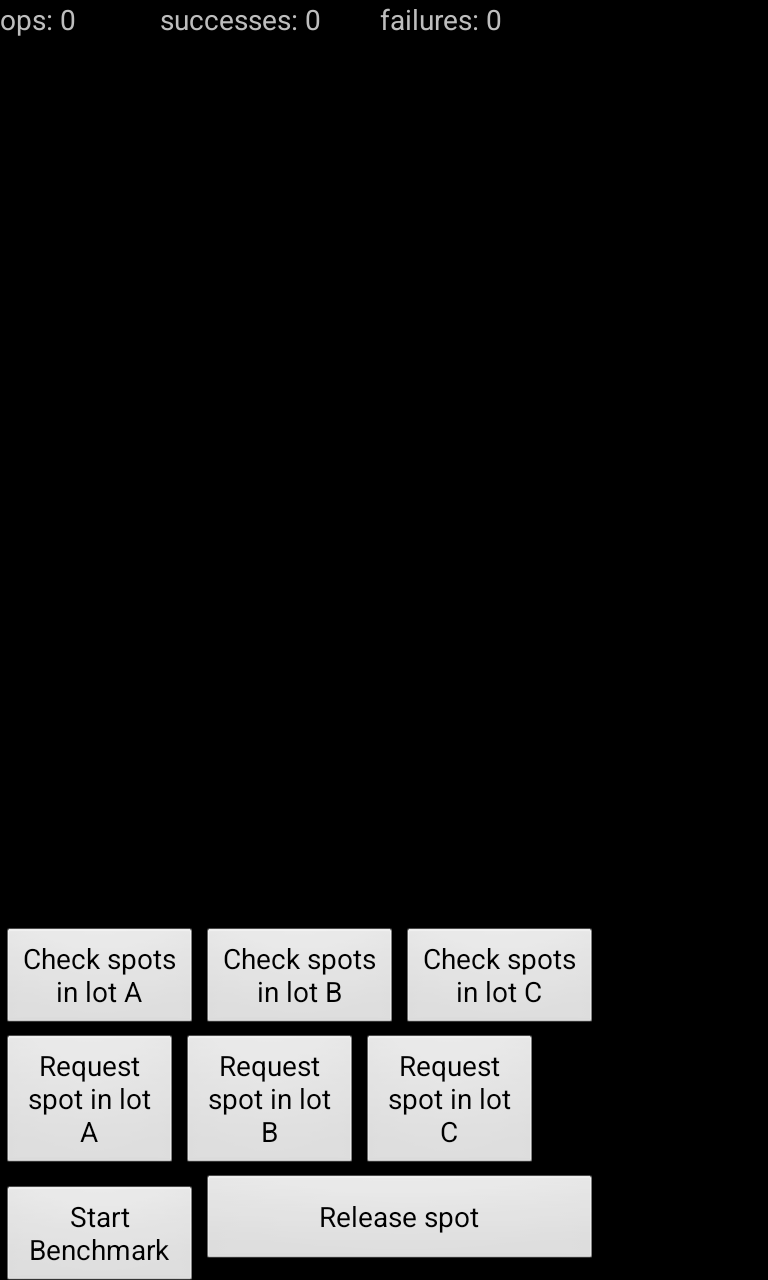
Repository: jasongao/csmcode
Layout: current/workspace/SMCloud/res/layout/main.xml
These files come from the project's save history. The layout is drawn as it stood at one moment and after the next save; the edit follows.
It is drawn on a 768 x 1280 px phone screen (xhdpi) without system bars, with theme android:Theme; the app's code is not run. Lists and similar views that code fills are empty.

Above is the layout before, as saved 2011-07-14 16:16:59.

### current/workspace/SMCloud/res/layout/main.xml
<?xml version="1.0" encoding="utf-8"?>
<LinearLayout xmlns:android="http://schemas.android.com/apk/res/android"
	android:orientation="vertical" android:layout_width="fill_parent"
	android:layout_height="fill_parent">

	<LinearLayout android:layout_width="match_parent"
		android:layout_height="wrap_content" android:id="@+id/CountInfoLayout">
		<TextView android:text="ops: 0" android:layout_height="wrap_content"
			android:id="@+id/opcount_tv" android:layout_width="80dip"></TextView>
		<TextView android:text="successes: 0" android:layout_height="wrap_content"
			android:id="@+id/successcount_tv" android:layout_width="110dip"></TextView>
		<TextView android:text="failures: 0" android:layout_height="wrap_content"
			android:id="@+id/failurecount_tv" android:layout_width="90dip"></TextView>
	</LinearLayout>

	<ListView android:id="@+id/msgList" android:layout_width="fill_parent"
		android:layout_height="fill_parent" android:stackFromBottom="true"
		android:transcriptMode="alwaysScroll" android:layout_weight="1">
	</ListView>

	<LinearLayout android:layout_width="fill_parent"
		android:orientation="horizontal" android:layout_height="wrap_content"
		android:id="@+id/CheckSpotLayout">
		<Button android:layout_height="wrap_content"
			android:layout_width="100dip" android:text="Check spots in lot A"
			android:id="@+id/readparkingA_button"></Button>
		<Button android:layout_height="wrap_content"
			android:layout_width="100dip" android:text="Check spots in lot B"
			android:id="@+id/readparkingB_button"></Button>
		<Button android:layout_height="wrap_content"
			android:layout_width="100dip" android:text="Check spots in lot C"
			android:id="@+id/readparkingC_button"></Button>
	</LinearLayout>

	<LinearLayout android:layout_width="fill_parent"
		android:orientation="horizontal" android:layout_height="wrap_content"
		android:id="@+id/RequestSpotLayout">
		<Button android:layout_height="wrap_content"
			android:layout_width="90dip" android:text="Request spot in lot A"
			android:id="@+id/requestparkingA_button"></Button>
		<Button android:layout_height="wrap_content"
			android:layout_width="90dip" android:text="Request spot in lot B"
			android:id="@+id/requestparkingB_button"></Button>
		<Button android:layout_height="wrap_content"
			android:layout_width="90dip" android:text="Request spot in lot C"
			android:id="@+id/requestparkingC_button"></Button>
	</LinearLayout>

	<LinearLayout android:layout_width="fill_parent"
		android:orientation="horizontal" android:layout_height="wrap_content"
		android:id="@+id/RequestLayout">
		<Button android:layout_height="wrap_content"
			android:layout_width="100dip" android:text="Start Benchmark"
			android:id="@+id/testcsm_button"></Button>
		<Button android:layout_height="wrap_content"
			android:layout_width="200dip" android:text="Release spot"
			android:id="@+id/releaseparking_button"></Button>
	</LinearLayout>

</LinearLayout>

After the next save:
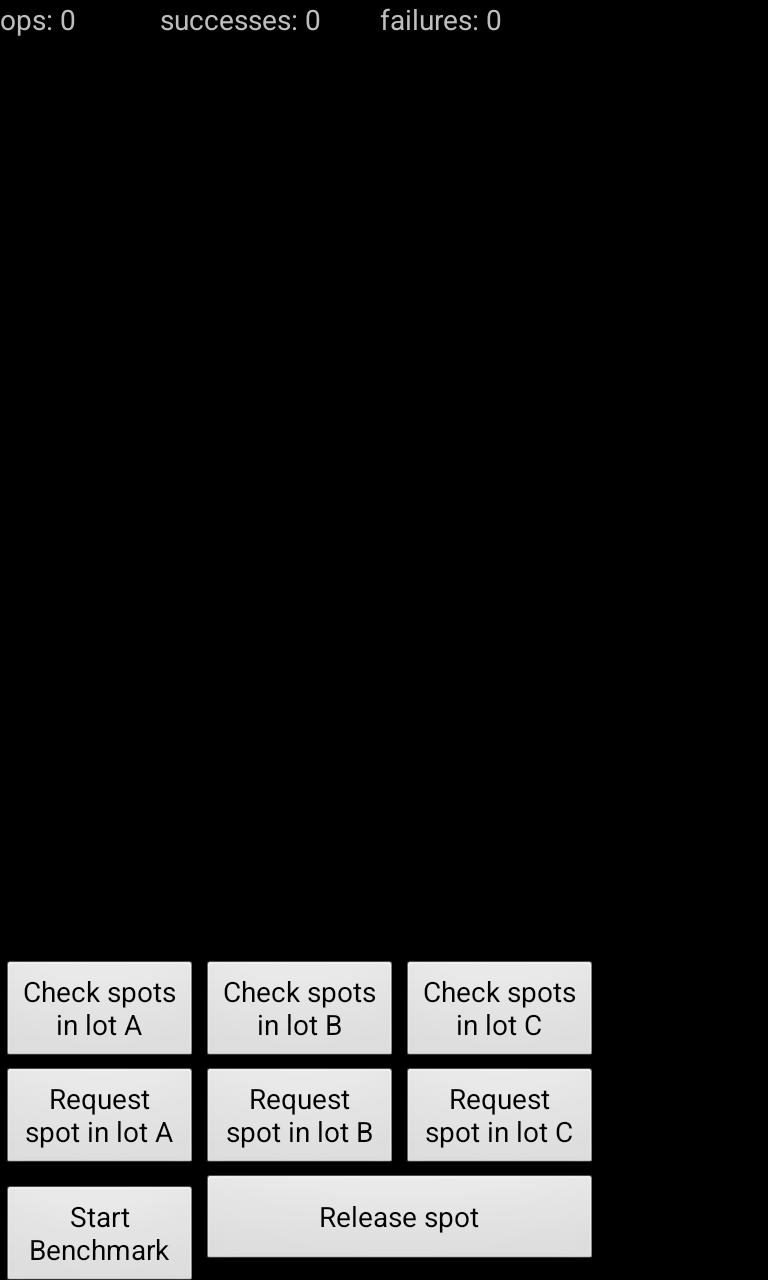
Saved 18 s later.
--- a/current/workspace/SMCloud/res/layout/main.xml
+++ b/current/workspace/SMCloud/res/layout/main.xml
@@ -36,13 +36,13 @@
 		android:orientation="horizontal" android:layout_height="wrap_content"
 		android:id="@+id/RequestSpotLayout">
 		<Button android:layout_height="wrap_content"
-			android:layout_width="90dip" android:text="Request spot in lot A"
+			android:layout_width="100dip" android:text="Request spot in lot A"
 			android:id="@+id/requestparkingA_button"></Button>
 		<Button android:layout_height="wrap_content"
-			android:layout_width="90dip" android:text="Request spot in lot B"
+			android:layout_width="100dip" android:text="Request spot in lot B"
 			android:id="@+id/requestparkingB_button"></Button>
 		<Button android:layout_height="wrap_content"
-			android:layout_width="90dip" android:text="Request spot in lot C"
+			android:layout_width="100dip" android:text="Request spot in lot C"
 			android:id="@+id/requestparkingC_button"></Button>
 	</LinearLayout>
 
